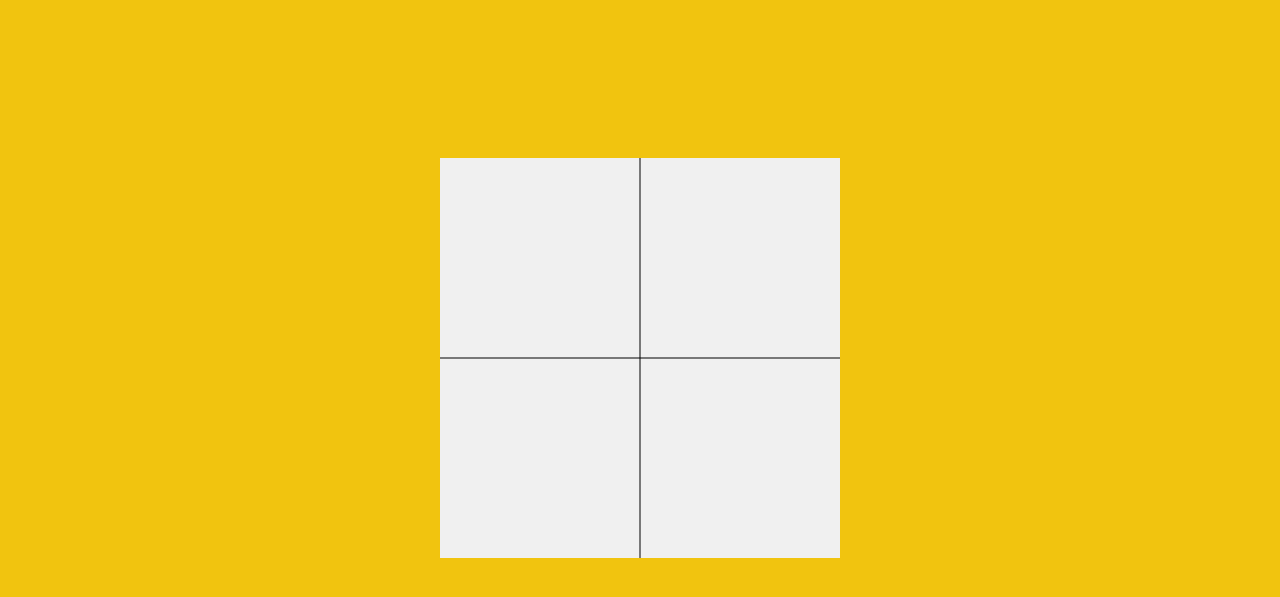
Repository: animarcus/graphing-app
Page: index.html
An editor plug-in stored every save of this project. The page is shown before and after the next save, followed by the edit.
The browser window is 1280 px wide. The pictures show the whole page.
Some web libraries are served in a nearby version.

Above is the page before, as saved 2020-09-26 19:26:26.

After the next save:
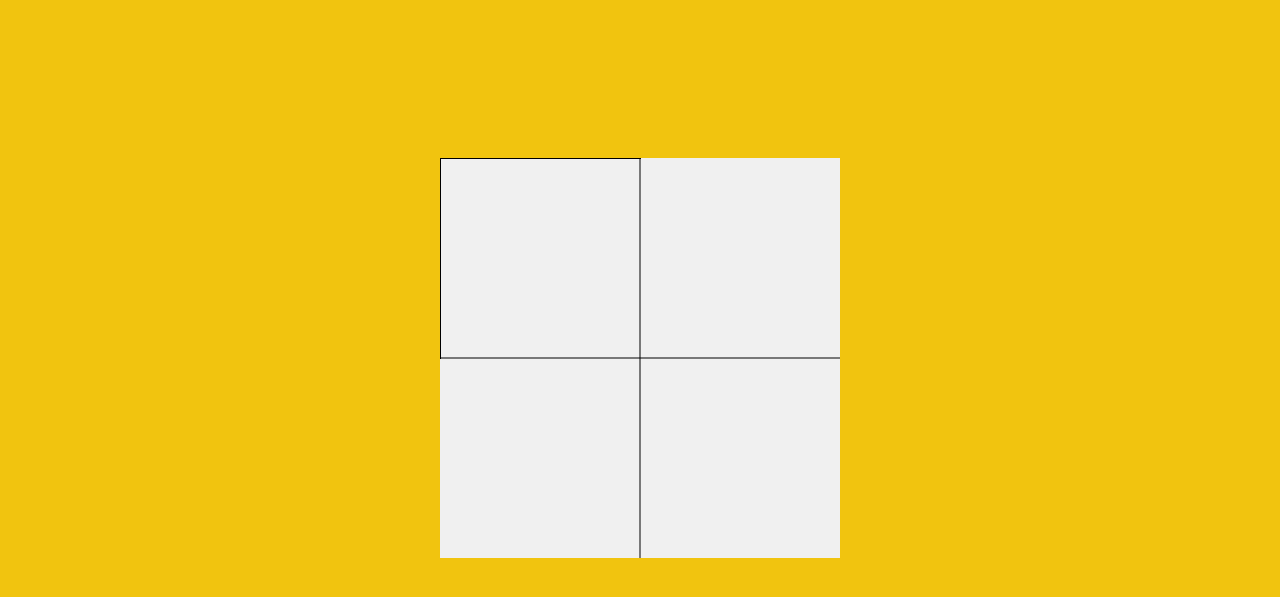
Saved 25 s later.
--- a/js/sketch.js
+++ b/js/sketch.js
@@ -8,8 +8,8 @@
 
   background(240);
   translate(canvasW/2, canvasH/2);
-  line(-canvasW/2, 0, canvasW/2, 0);
-  line(0, -canvasH/2, 0, canvasH/2);
+
+  drawHandlers.drawGrid();
 }
 
 
@@ -21,7 +21,7 @@
 
 let drawHandlers = {
   drawGrid : function() {
-    // strokeWeight(1);
-
+    line(-canvasW/2, 0, canvasW/2, 0);
+  line(0, -canvasH/2, 0, canvasH/2);
   }
-}
+};

After the save that followed:
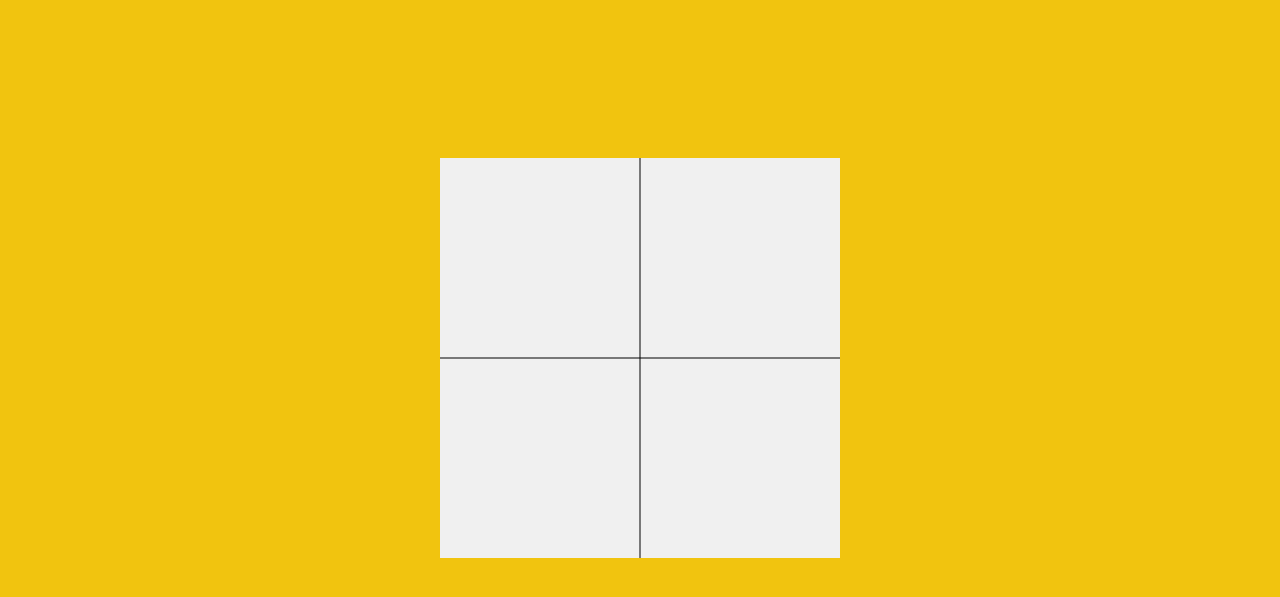
Saved 15 s later.
--- a/js/sketch.js
+++ b/js/sketch.js
@@ -9,7 +9,8 @@
   background(240);
   translate(canvasW/2, canvasH/2);
 
-  drawHandlers.drawGrid();
+  line(-canvasW/2, 0, canvasW/2, 0);
+  line(0, -canvasH/2, 0, canvasH/2);
 }
 
 
@@ -21,7 +22,6 @@
 
 let drawHandlers = {
   drawGrid : function() {
-    line(-canvasW/2, 0, canvasW/2, 0);
-  line(0, -canvasH/2, 0, canvasH/2);
+
   }
 };
